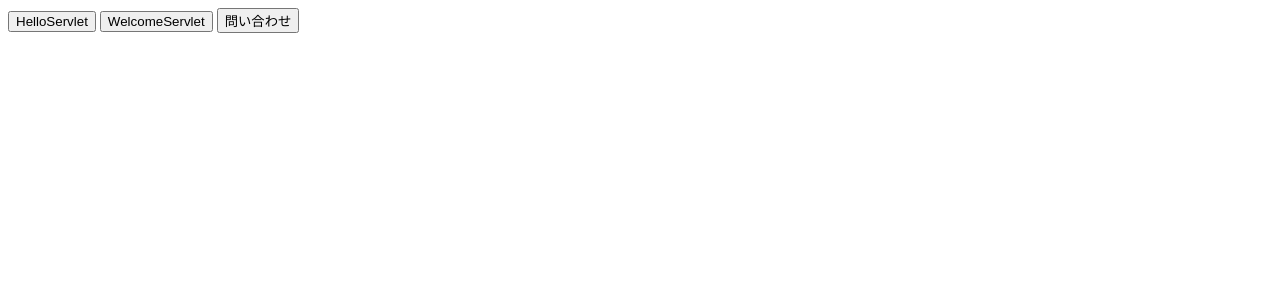
Repository: rt-1217/j2
Page: http://localhost/HelloServlet/
These files come from the project's save history. The page is drawn as it stood at one moment and after the next save; the edit follows.
The browser window is 1280 px wide. The pictures show the whole page.
The page is served by Tomcat 9.

Above is the page before, as saved 2018-04-20 01:43:54.

After the next save:
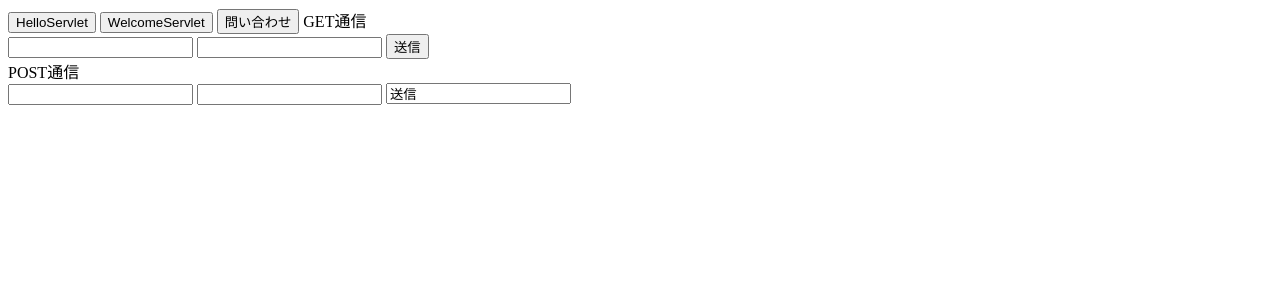
Saved 6 min 17 s later.
--- a/HelloServlet/WebContent/index.jsp
+++ b/HelloServlet/WebContent/index.jsp
@@ -14,5 +14,20 @@
 
 <input type="button" value="問い合わせ" onClick="location.href='inquiry.jsp'">
 
+GET通信
+<form method="get" action="TestServlet">
+<input type="text" name="username">
+<input type="password" name="password">
+<input type="submit" value="送信">
+</form>
+
+POST通信
+<form method="post" action="TestServlet">
+<input type="text" name="username">
+<input type="password" name="password">
+<input tyoe"submit" value="送信">
+</form>
+
+
 </body>
 </html>
